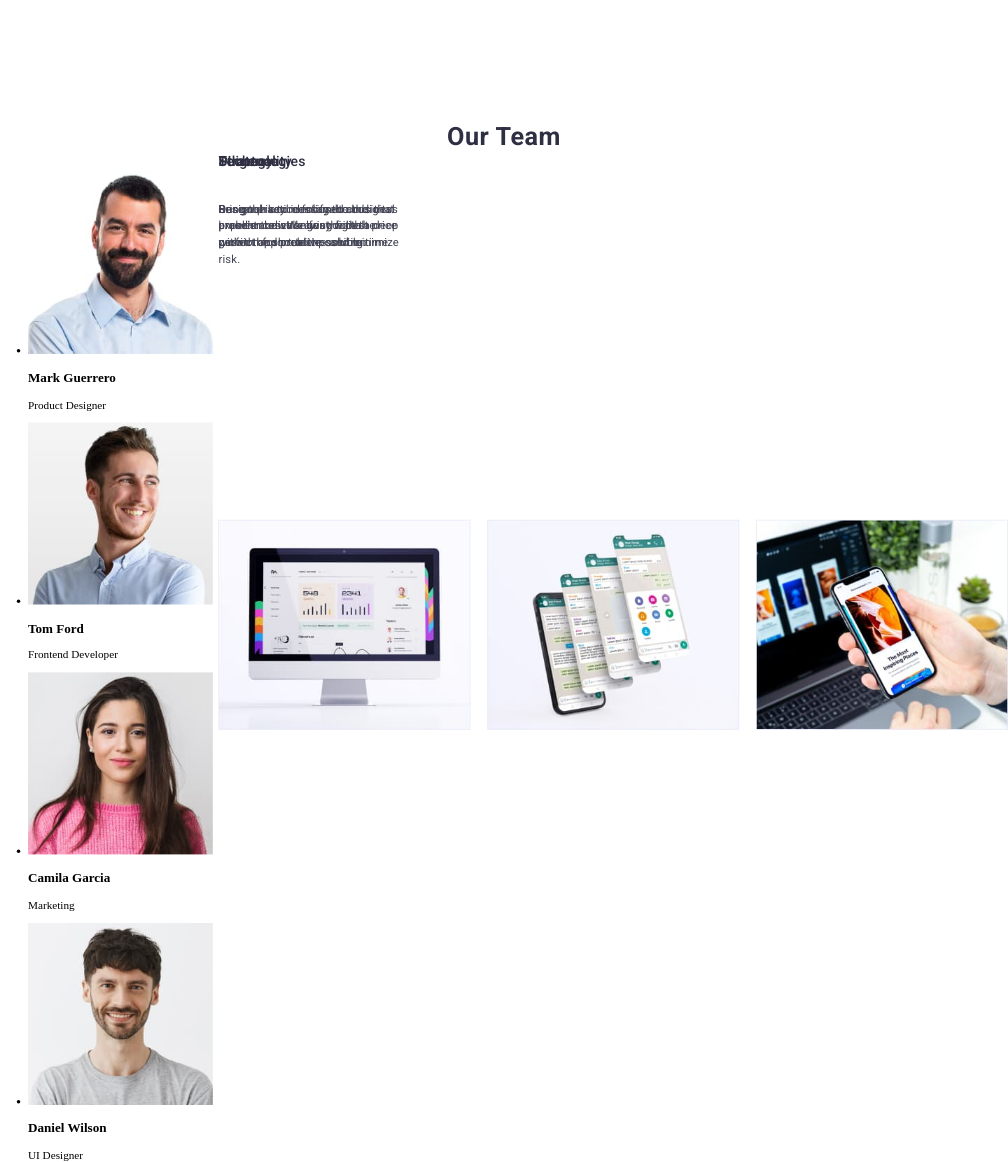
Repository: GrishchenkoNataliya/goit-markup-hw-02
Page: index.html
These files come from the project's save history. The page is drawn as it stood at one moment and after the next save; the edit follows.
The browser window is 1280 px wide. The page is 1440 px wide, so the pictures cover 1440 px, including what lies to the right of the window. The pictures show the part of the page from y = 1401 to 3121 px (the page is 3061 px tall before and 3740 px after), at 70% of full size.

Above is the page before, as saved 2023-03-06 19:47:39.

### index.html
<!DOCTYPE html>
<html lang="en">
  <head>
    <meta charset="UTF-8" />
    <meta http-equiv="X-UA-Compatible" content="IE=edge" />
    <meta name="viewport" content="width=device-width, initial-scale=1.0" />

    <link rel="preconnect" href="https://fonts.googleapis.com" />
    <link rel="preconnect" href="https://fonts.gstatic.com" crossorigin />
    <link
      href="https://fonts.googleapis.com/css2?family=Raleway:wght@800&family=Roboto+Mono:wght@600&family=Roboto:wght@400;500;700&display=swap"
      rel="stylesheet"
    />
    <link rel="stylesheet" href="./css/styles.css" />
    <title>homework_2</title>
  </head>
  <body class="body">
    <header class="header">
      <a class="header-logo" href="./index.html"
        >Web<span class="studio">Studio </span></a
      >
      <nav class="header-nav">
        <ul class="header-list">
          <li class="header-item">
            <a
              class="header-link"
              href=""
              target="_blank"
              rel="noopener noreferrer nofollow"
              >Studio</a
            >
          </li>
          <li class="header-item-portfolio">
            <a
              class="header-link"
              href="./portfolio/portfolio.html"
              target="_blank"
              rel="noopener noreferrer nofollow"
              >Portfolio</a
            >
          </li>
          <li class="header-item">
            <a
              class="header-link"
              href=""
              target="_blank"
              rel="noopener noreferrer nofollow"
              >Contacts</a
            >
          </li>
        </ul>
      </nav>
      <address class="address">
        <ul class="address-list">
          <li class="address-mail">
            <a href="mailto:info@devstudio.com">info@devstudio.com</a>
          </li>
          <li class="address-tel">
            <a href="tel:+110001111111">+11 (000) 111-11-11</a>
          </li>
        </ul>
      </address>
    </header>
    <main class="main">
      <section class="hero">
        <h1 class="hero-title">Effective Solutions for Your Business</h1>
        <button class="hero-btn" type="button">Order Service</button>
        <!-- Dark-bg -->
      </section>

      <section class="feature1">
        <h2 hidden>Большой заголовок</h2>
        <ul class="feature1-list">
          <li class="feature1-item">
            <h3 class="feature1-title">Strategy</h3>
            <p class="feature1-text">
              Our goal is to identify the business problem to walk away with the
              perfect and creative solution.
            </p>
          </li>
          <li class="feature1-item">
            <h3 class="feature1-title">Punctuality</h3>
            <p class="feature1-text">
              Bring the key message to the brand's audience for the best price
              within the shortest possible time.
            </p>
          </li>
          <li class="feature1-item">
            <h3 class="feature1-title">Diligence</h3>
            <p class="feature1-text">
              Research and confirm brands that present the strongest digital
              growth opportunities and minimize risk.
            </p>
          </li>
          <li class="feature1-item">
            <h3 class="feature1-title">Technologies</h3>
            <p class="feature1-text">
              Design practice focused on digital experiences. We bring forth a
              deep passion for problem-solving.
            </p>
          </li>
        </ul>
      </section>

      <section class="feature2">
        <h2 class="feature2-title">What are we doing</h2>
        <ul class="feature2-list">
          <li class="feature2-item-1">
            <img
              src="./images/pages1/Rectangle71-1.jpg"
              alt="Rectangle 71-1"
              width="360"
            />
          </li>
          <li class="feature2-item-2">
            <img
              src="./images/pages1/Rectangle71-2.jpg"
              alt="Rectangle 71-2"
              width="360"
            />
          </li>
          <li class="feature2-item-3">
            <img
              src="./images/pages1/Rectangle71-3.jpg"
              alt="Rectangle 71-3"
              width="360"
            />
          </li>
        </ul>
      </section>

      <section class="feature3">
        <h2 class="feature3-title">Our Team</h2>
        <ul class="feature3-list">
          <li class="feature3-item">
            <img
              src="./images/pages1/img1.jpg"
              alt="Mark Guerrero"
              width="264"
            />
            <h3 class="feature3-subtitle">Mark Guerrero</h3>
            <p>Product Designer</p>
          </li>
          <li class="feature3-item">
            <img src="./images/pages1/img2.jpg" alt="Tom Ford" width="264" />
            <h3 class="feature3-subtitle">Tom Ford</h3>
            <p>Frontend Developer</p>
          </li>
          <li class="feature3-item">
            <img
              src="./images/pages1/img3.jpg"
              alt="Camila Garcia"
              width="264"
            />
            <h3 class="feature3-subtitle">Camila Garcia</h3>
            <p>Marketing</p>
          </li>
          <li class="feature3-item">
            <img
              src="./images/pages1/img4.jpg"
              alt="Daniel Wilson"
              width="264"
            />
            <h3 class="feature3-subtitle">Daniel Wilson</h3>
            <p>UI Designer</p>
          </li>
        </ul>
      </section>
    </main>
    <footer class="footer">
      <a class="header-logo" href="./index.html"
        >Web<span class="studio">Studio </span></a
      >

      <p class="footer-text">
        Increase the flow of customers and sales for your business with digital
        marketing & growth solutions.
      </p>
      <!-- Dark-bg -->
    </footer>
  </body>
</html>

### css/styles.css
body {
  font-family: "Roboto Regular", sans-serif;
  font-family: open-;
}
/* @font-face {
  font-family: Roboto-500;
  src: url(../fonts/);
}
Підключення шрифта з папки fonts */

.header {
}

.header-logo {
  font-family: "Raleway";
  font-style: normal;
  font-weight: 800;
  font-size: 18px;
  line-height: 1.33;

  display: flex;
  align-items: center;
  letter-spacing: 0.03em;
  text-transform: uppercase;

  color: #4d5ae5;
}
.header-nav {
}

.studio {
  color: black;
}
.header-list {
  font-family: "Roboto";
  font-style: normal;
  font-weight: 500;
  font-size: 16px;
  line-height: 1.5;
  letter-spacing: 0.02em;
  color: #2e2f42;
}

.address {
}
.address-list {
  font-family: "Roboto";
  font-style: normal;
  font-weight: 400;
  font-size: 16px;
  line-height: 1.5;
  letter-spacing: 0.02em;
  color: #434455;
}
.address-mail {
}
.address-tel {
}
.main {
}
/* section hero */
.hero {
  position: absolute;
  width: 1440px;
  height: 600px;
  left: 0px;
  top: 72px;
  background: #2e2f42;
}
.hero-title {
  font-family: "Roboto";
  font-style: normal;
  font-weight: 700;
  font-size: 56px;
  line-height: 1.07;
  text-align: center;
  letter-spacing: 0.02em;
  color: #ffffff;
}
.hero-btn {
  position: absolute;
  width: 169px;
  height: 56px;
  left: 636px;
  top: 428px;
  background: #4d5ae5;
  box-shadow: 0px 4px 4px rgba(0, 0, 0, 0.15);
  border-radius: 4px;
}
/* section 1 */
.feature1 {
}
.feature1-list {
  position: absolute;
  width: 1128px;
  height: 104px;
  left: 156px;
  top: 792px;
}
.feature1-item {
  display: flex;
  flex-direction: column;
  align-items: flex-start;
  padding: 0px;
  gap: 8px;

  position: absolute;
  width: 264px;
  height: 104px;
  left: 156px;
  top: 792px;
}
.feature1-title {
  font-family: "Roboto";
  font-style: normal;
  font-weight: 500;
  font-size: 20px;
  line-height: 1.2;
  letter-spacing: 0.02em;
  color: #2e2f42;
}
.feature1-text {
  font-family: "Roboto";
  font-style: normal;
  font-weight: 400;
  font-size: 16px;
  line-height: 1.5;
  letter-spacing: 0.02em;
  color: #434455;
}
/* section 2 */
.feature2 {
  position: absolute;
  width: 1128px;
  height: 412px;
  left: 156px;
  top: 1016px;
}
.feature2-title {
  font-family: "Roboto";
  font-style: normal;
  font-weight: 700;
  font-size: 36px;
  line-height: 1.1;
  text-align: center;
  letter-spacing: 0.02em;
  text-transform: capitalize;
  color: #2e2f42;
}
.feature2-list {
}
.feature2-item-1 {
  display: flex;
  flex-direction: column;
  align-items: flex-start;
  padding: 0px;

  position: absolute;
  width: 360px;
  height: 300px;
  left: 156px;
  top: 1128px;
}
.feature2-item-2 {
  display: flex;
  flex-direction: column;
  align-items: flex-start;
  padding: 0px;

  position: absolute;
  width: 360px;
  height: 300px;
  left: 540px;
  top: 1128px;
}
.feature2-item-3 {
  display: flex;
  flex-direction: column;
  align-items: flex-start;
  padding: 0px;

  position: absolute;
  width: 360px;
  height: 300px;
  left: 924px;
  top: 1128px;
}
/* section 3 */
.feature3 {
  position: absolute;
  width: 1440px;
  height: 732px;
  left: 0px;
  top: 1548px;
}
.feature3-title {
  font-family: "Roboto";
  font-style: normal;
  font-weight: 700;
  font-size: 36px;
  line-height: 1.1;
  text-align: center;
  letter-spacing: 0.02em;
  text-transform: capitalize;
  color: #2e2f42;
}
.feature3-list {
}
.feature3-item {
}
.feature3-subtitle {
}
.footer {
}
.footer-text {
}

After the next save:
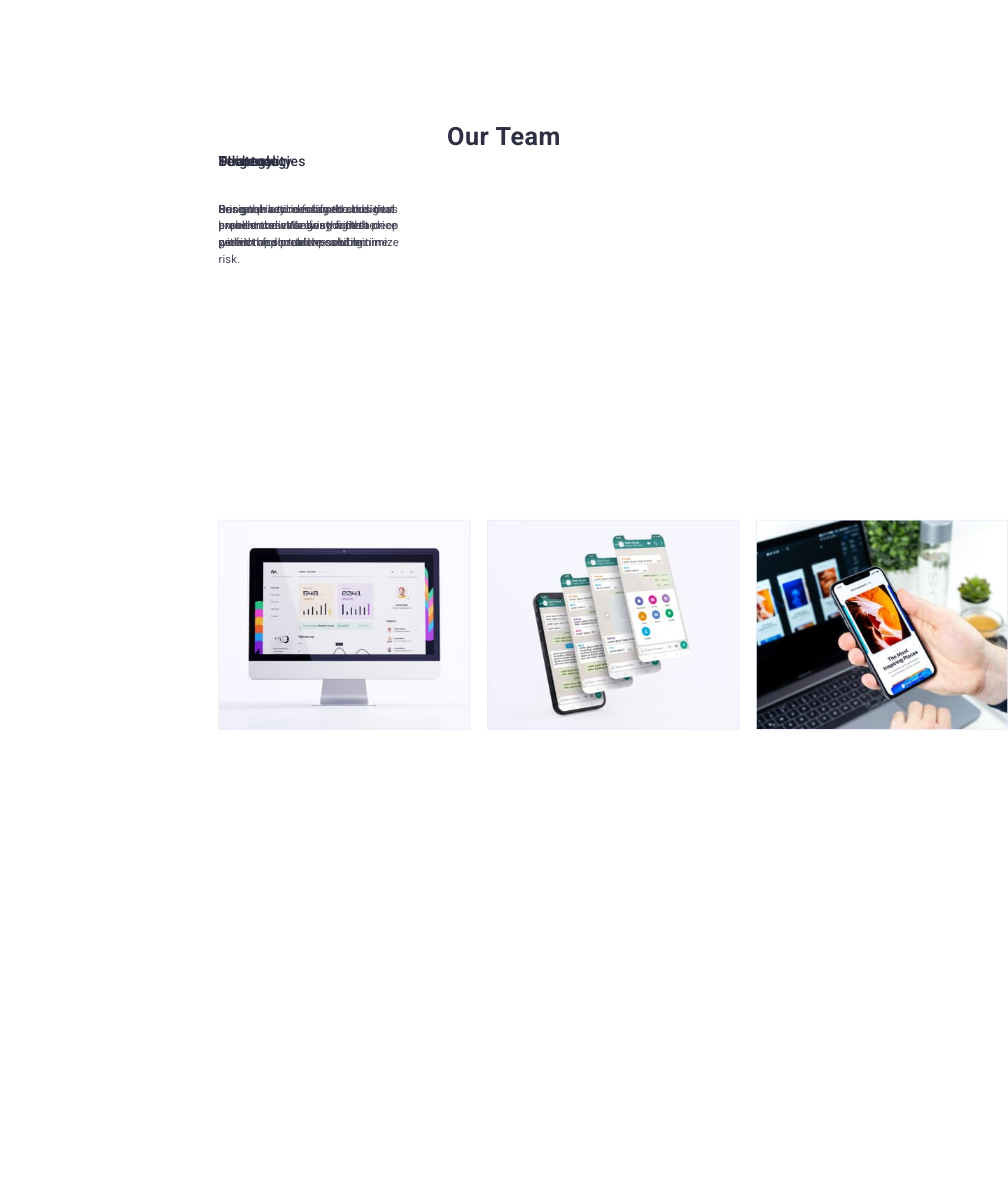
Saved 112 s later.
--- a/css/styles.css
+++ b/css/styles.css
@@ -207,6 +207,18 @@ body {
 .feature3-list {
 }
 .feature3-item {
+  display: flex;
+  flex-direction: column;
+  justify-content: center;
+  align-items: center;
+  padding: 0px 0px 32px;
+  gap: 32px;
+
+  position: absolute;
+  width: 264px;
+  height: 380px;
+  left: 156px;
+  top: 1780px;
 }
 .feature3-subtitle {
 }
